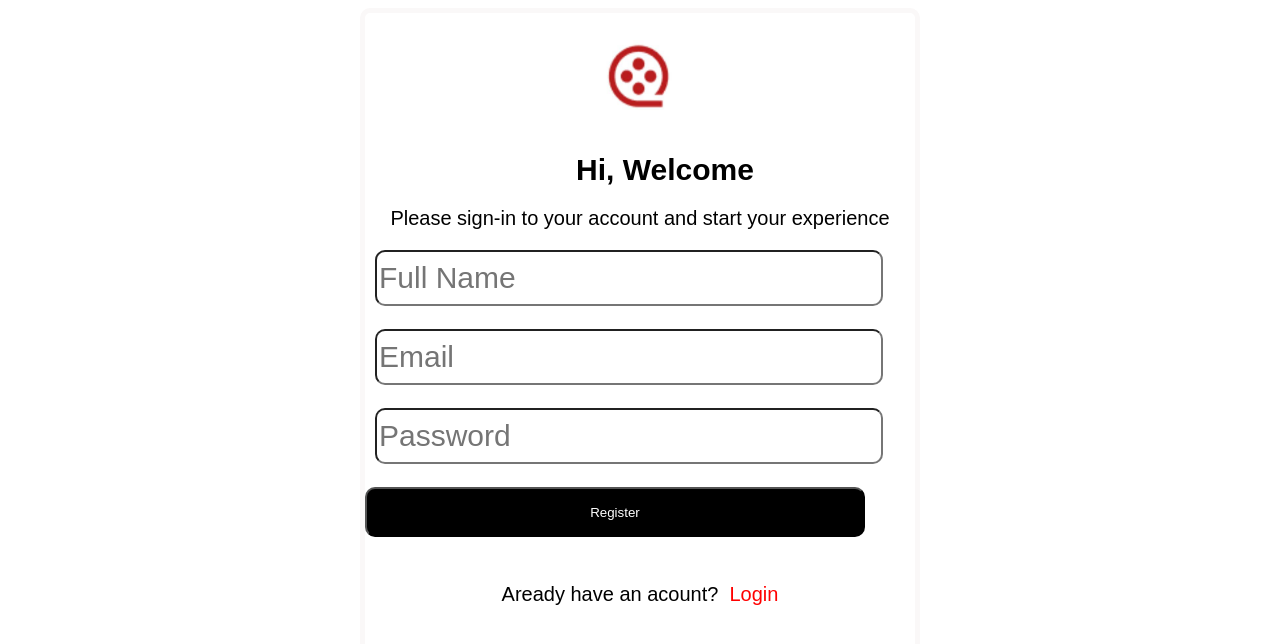
Repository: KingBoyMaylow/movie-task
Page: index.html
These files come from the project's save history. The page is drawn as it stood at one moment and after the next save; the edit follows.
The browser window is 1280 px wide. The pictures show the whole page.

Above is the page before, as saved 2024-05-20 14:25:42.

After the next save:
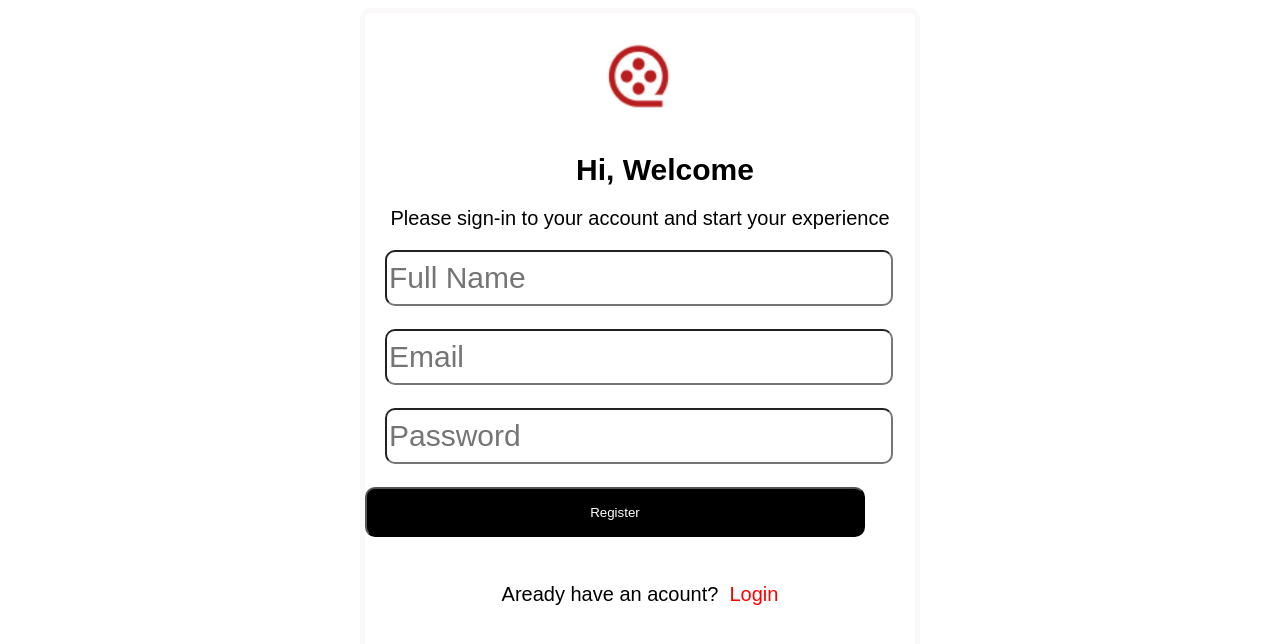
Saved 10 s later.
--- a/script.css
+++ b/script.css
@@ -19,7 +19,7 @@ h3{
     width: 500px;
     border-radius: 10px;
     font-size: 30px;
-    margin-left: 10px;
+    margin-left: 20px;
 }
 h1{
     margin-left: 50px;
